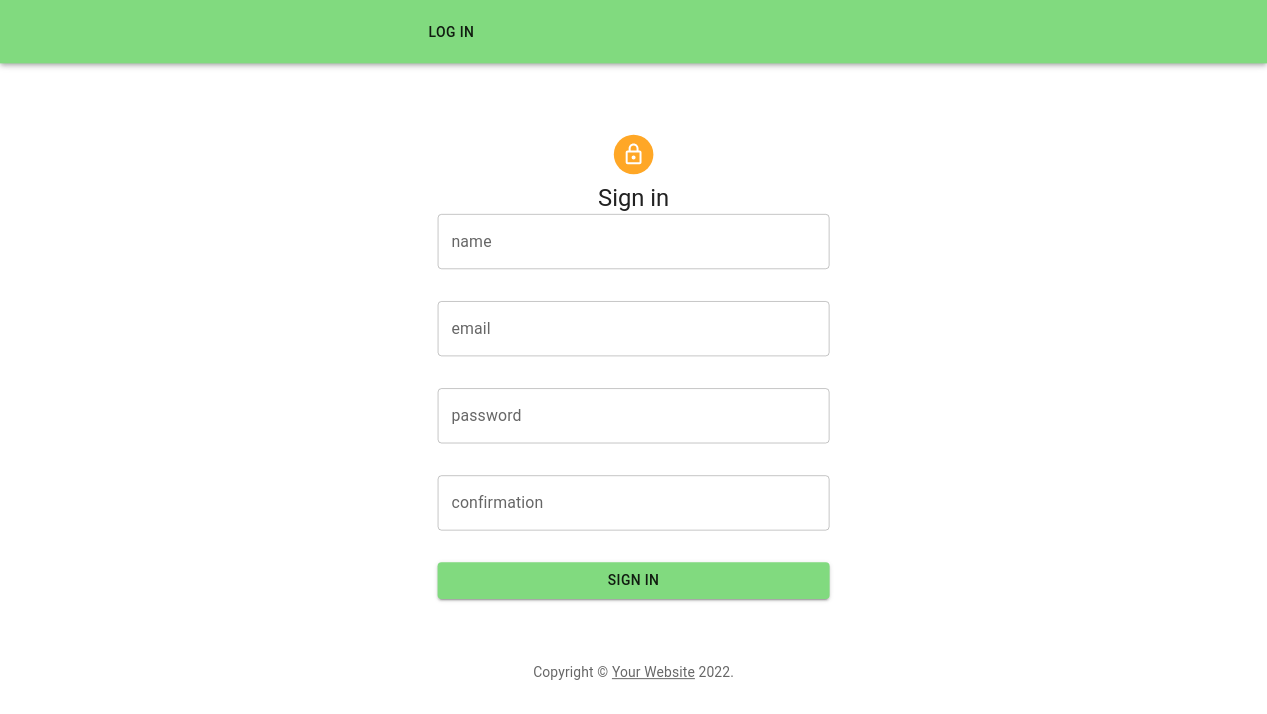
Repository: motohiro0410/motsufood
Page: /signin (app in frontend/)
An editor plug-in stored every save of this project. The page is shown before and after the next save, followed by the edit.
The browser window is 1280 px wide. The pictures show the whole page, at 99% of full size.
The project was rebuilt for these pictures with package versions that can differ from the ones it lists, and the page was loaded fresh each time. Also part of the build but not shown: frontend/src/components/pages/Login.tsx, frontend/src/components/organisms/Footer.tsx, frontend/src/components/organisms/MainHeader.tsx, frontend/src/components/organisms/UserDetailModal.tsx, frontend/src/apis/useCreateCount.ts, frontend/src/components/pages/Count.tsx, frontend/src/components/pages/Money.tsx, frontend/src/components/organisms/GroupHeader.tsx and 8 more.

Above is the page before, as saved 2022-08-21 23:48:48.

After the next save:
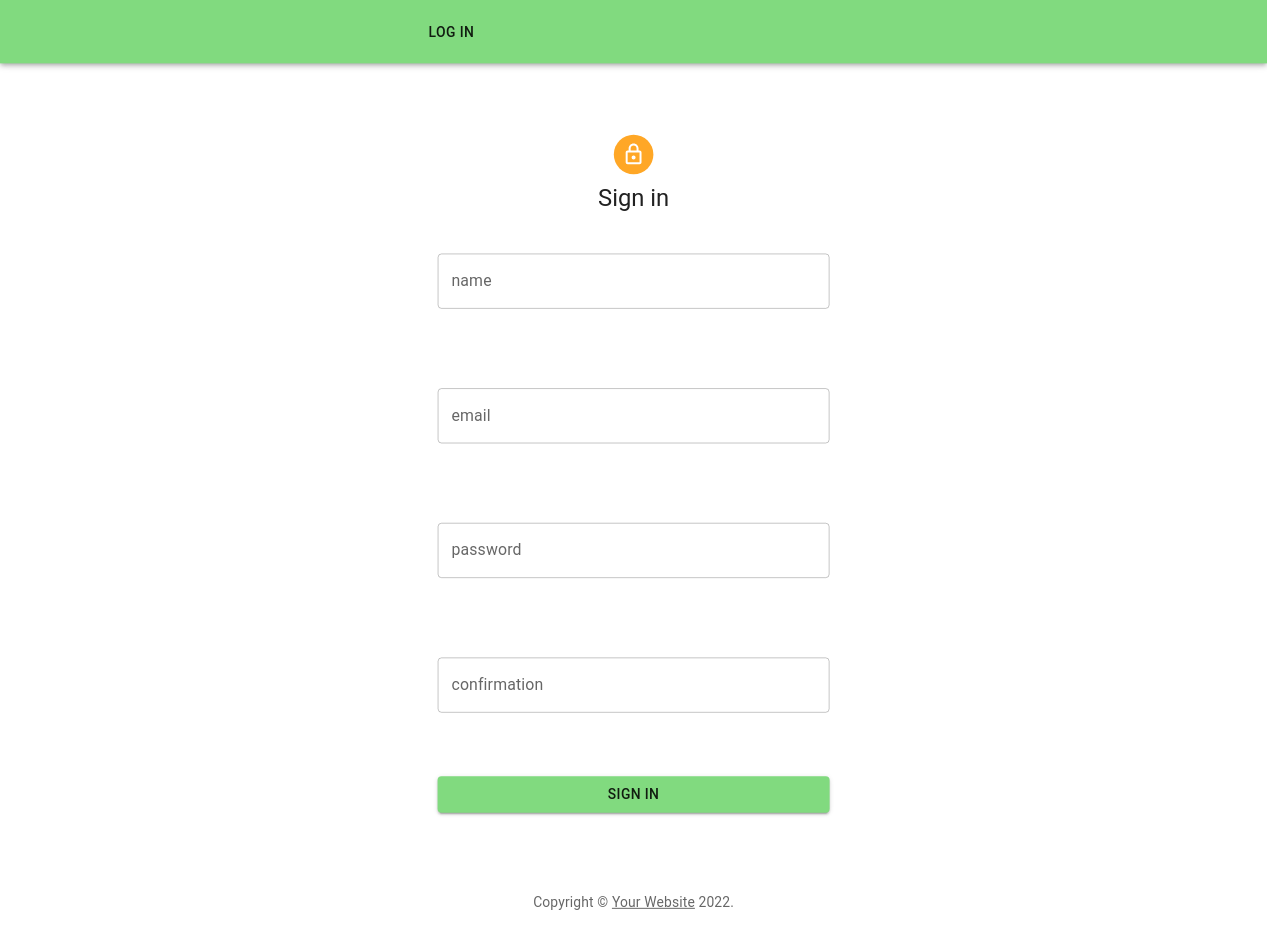
Saved 2 min 30 s later.
--- a/frontend/src/components/pages/SignIn.tsx
+++ b/frontend/src/components/pages/SignIn.tsx
@@ -57,7 +57,6 @@
             <Typography component="h1" variant="h5">
               Sign in
             </Typography>
-            <Stack component="form" width="100%" onSubmit={handleSubmit} noValidate spacing={4} >
             <FormControl fullWidth sx={{ m: 5 }}>
                 <InputLabel htmlFor="outlined-adornment-amount">name</InputLabel>
                 <OutlinedInput
@@ -107,7 +106,6 @@
               >
                 sign In
               </Button>
-            </Stack>
           </Box>
           <Copyright sx={{ mt: 8, mb: 4 }} />
         </Container>

After the save that followed:
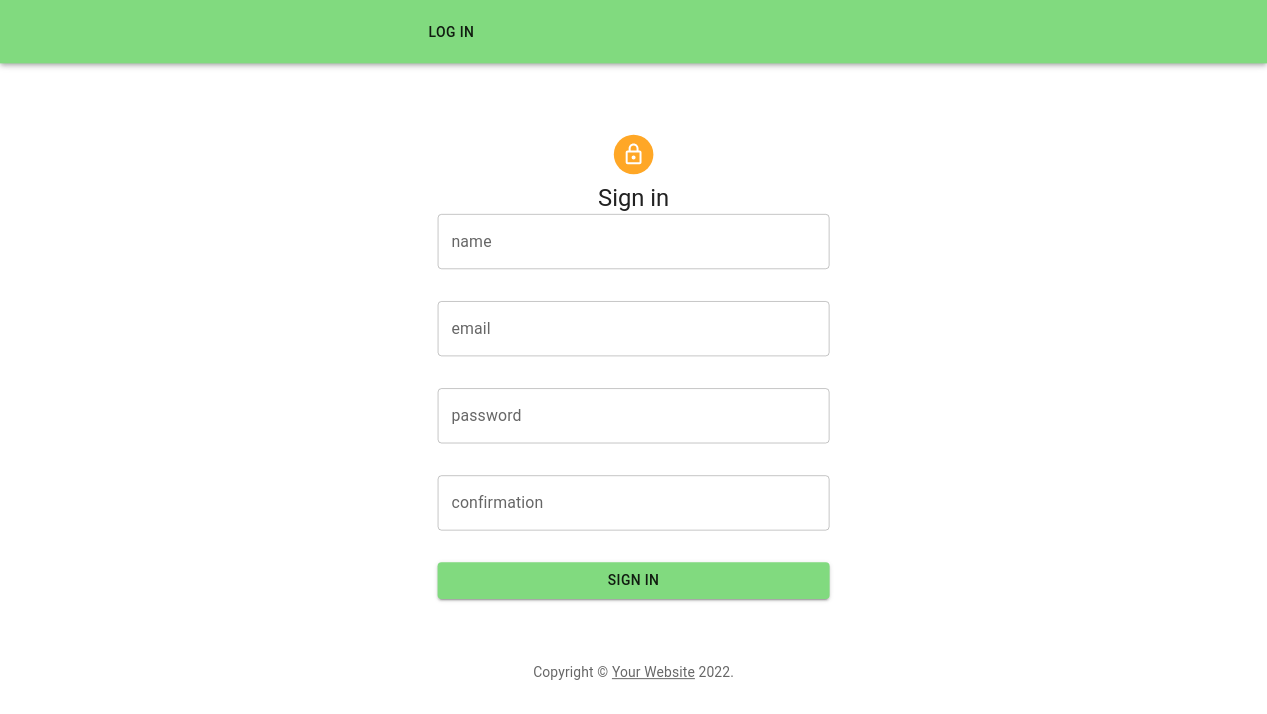
Saved 19 s later.
--- a/frontend/src/components/pages/SignIn.tsx
+++ b/frontend/src/components/pages/SignIn.tsx
@@ -57,6 +57,7 @@
             <Typography component="h1" variant="h5">
               Sign in
             </Typography>
+            <Stack component="form" width="100%" onSubmit={handleSubmit} noValidate spacing={4} >
             <FormControl fullWidth sx={{ m: 5 }}>
                 <InputLabel htmlFor="outlined-adornment-amount">name</InputLabel>
                 <OutlinedInput
@@ -106,6 +107,7 @@
               >
                 sign In
               </Button>
+            </Stack>
           </Box>
           <Copyright sx={{ mt: 8, mb: 4 }} />
         </Container>
